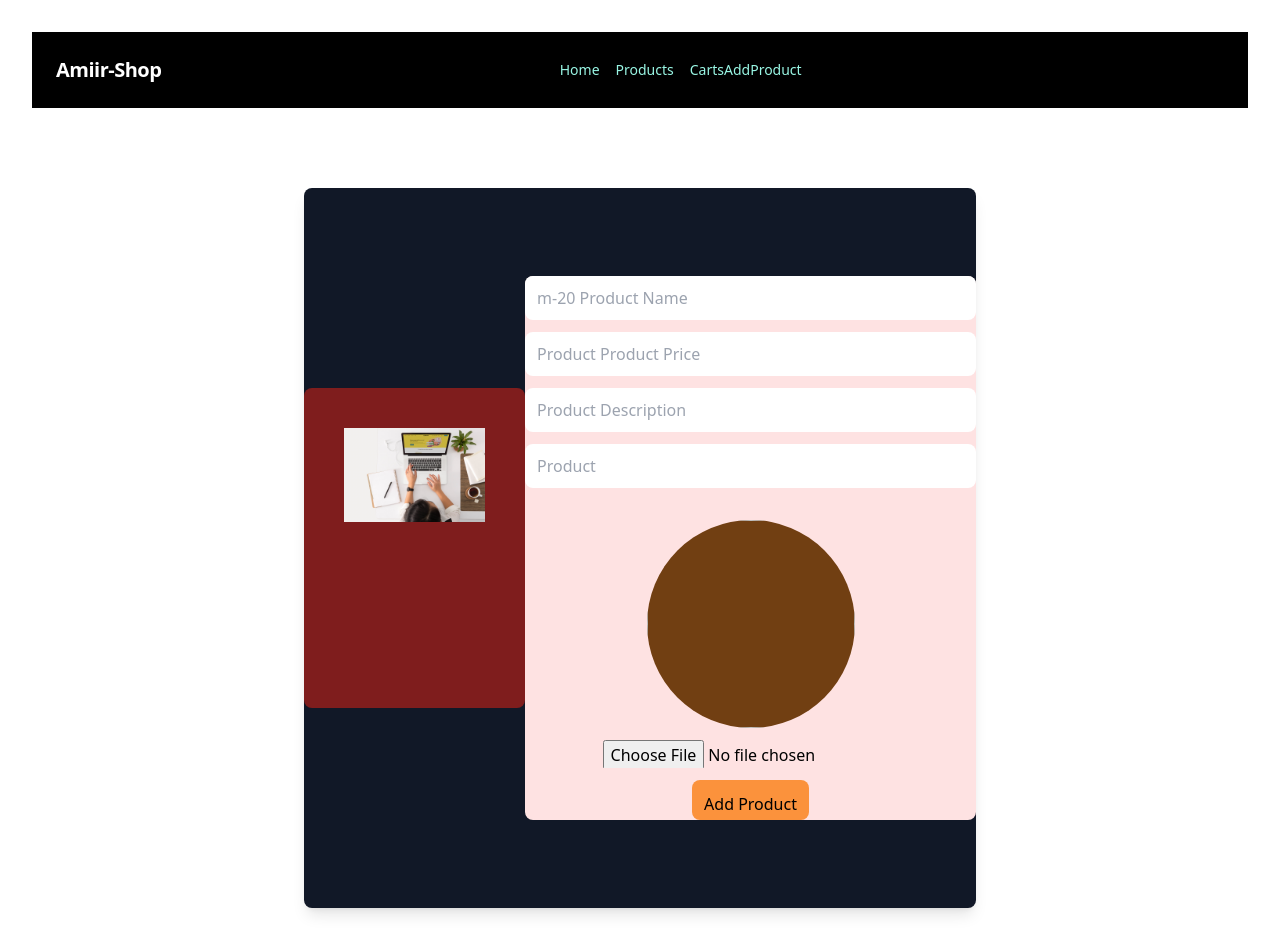
Repository: ENG-AMIIR-MUSE/ECommerce-app-using-react
Page: /addProducts
The author's editor kept a copy of each file at every save. The page is drawn from the files as they stood at one save, then again after a run of saves.
The browser window is 1280 px wide. The pictures show the whole page.
The page's requests for data from a server got no answer. The project was rebuilt for these pictures with package versions that can differ from the ones it lists, and the page was loaded fresh each time. No one was signed in, and anything a server would have sent is missing. Also part of the build but not shown: vite.config.js, src/Components/productList.js, src/Components/productCard.js.

Above is the page before, as saved 2023-06-24 20:33:45.

After the next 2 saves:
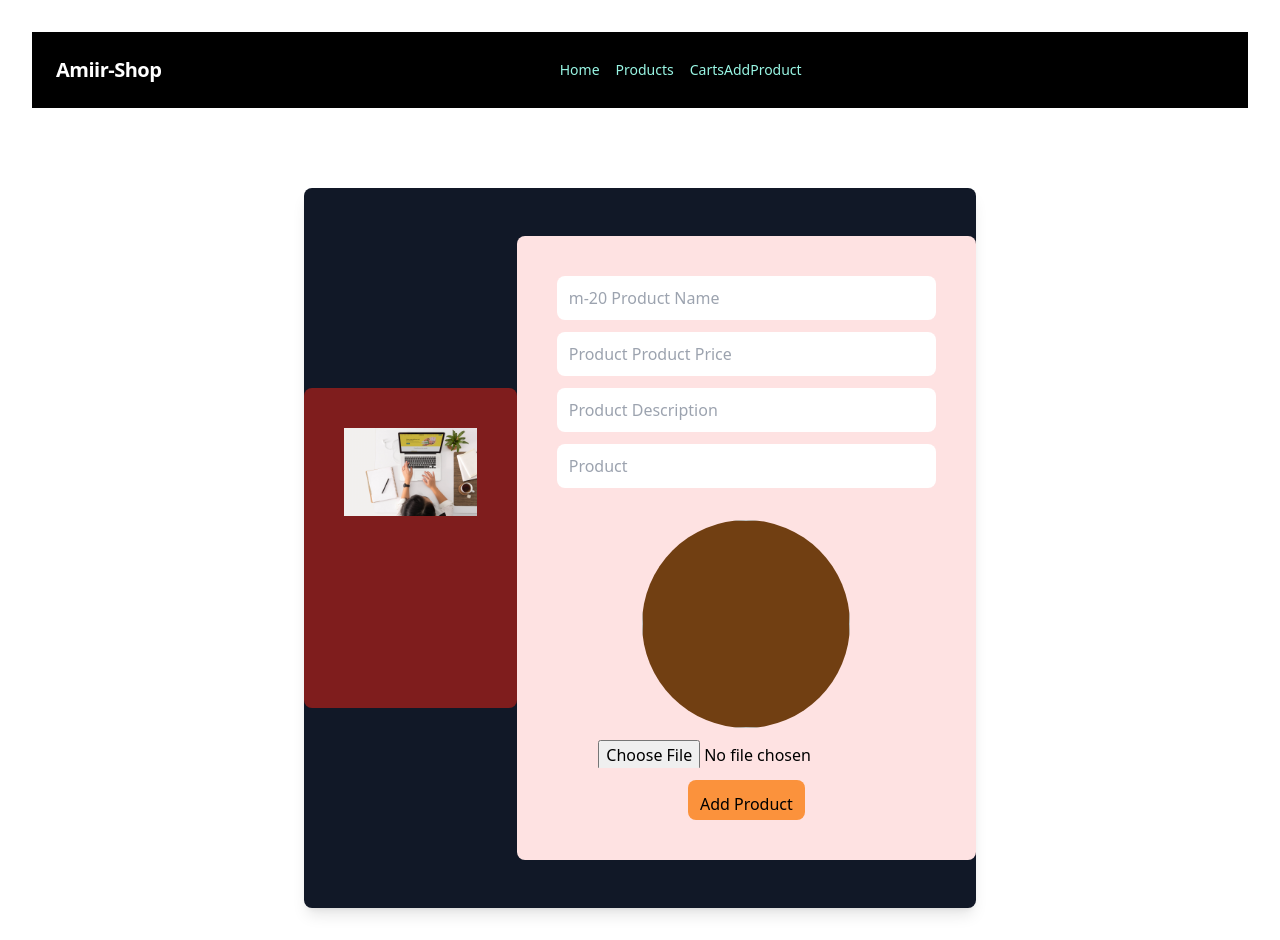
The 2 saves are shown as one change because they came seconds apart.
The last was saved 32 s later.
--- a/src/Components/AddProduct.jsx
+++ b/src/Components/AddProduct.jsx
@@ -11,7 +11,7 @@ const  AddProduct = ()=>{
            <img src= {reactsvg}  alt="missing-product-image"/>
           </div>
           <div className="  m-10 rounded-lg bg-red-100 mx-auto mx-auto mx-auto">
-          <form className="space-y-3 mx-auto  ">
+          <form className="space-y-3 mx-auto p-10 ">
 
            <input type="text"placeholder="m-20 Product Name" className="w-full rounded-lg h-11  pl-3"/>
           <input type="text"placeholder="Product Product Price" className="w-full rounded-lg h-11  pl-3"/>
